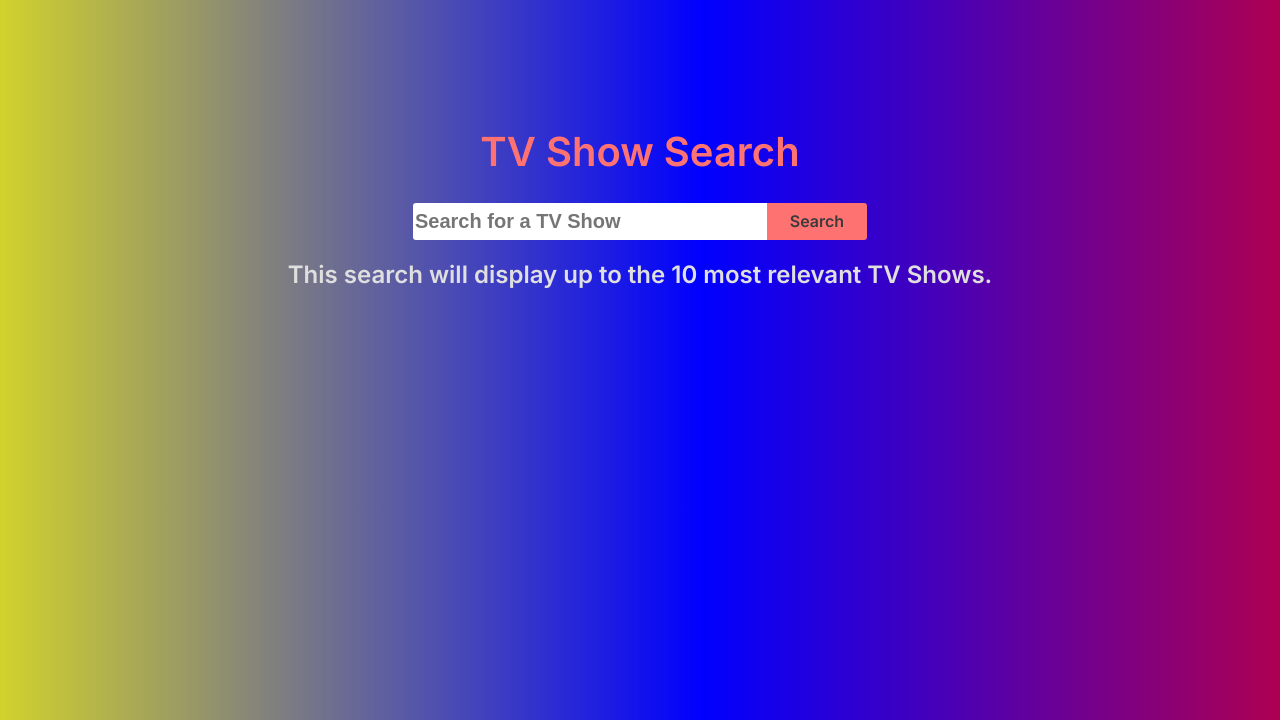
Repository: shayanabedi98/tv-search-react
Page: /
These files come from the project's save history. The page is drawn as it stood at one moment and after the next save; the edit follows.
The browser window is 1280 px wide. The pictures show the whole page.
The project was rebuilt for these pictures with package versions that can differ from the ones it lists, and the page was loaded fresh each time. Also part of the build but not shown: vite.config.js.

Above is the page before, as saved 2024-01-09 15:32:33.

### index.html
<!doctype html>
<html lang="en">
  <head>
    <meta charset="UTF-8" />
    <link rel="icon" type="image/svg+xml" href="https://www.svgrepo.com/show/503669/tv.svg" />
    <meta name="viewport" content="width=device-width, initial-scale=1.0" />
    <title>TV Show Search | React</title>
  </head>
  <body>
    <div id="root"></div>
    <script type="module" src="/src/main.jsx"></script>
  </body>
</html>

### src/App.jsx
import { useState } from "react";
import { v4 as uuid } from "uuid";
import List from "./List";
import Search from "./Search";

function App() {
  const [input, setInput] = useState();
  const [showList, setShowList] = useState([]);

  const fetchShow = async () => {
    try {
      if (input) {
        const response = await fetch(
          `https://api.tvmaze.com/search/shows?q=${input}`
        );
        const responseJson = await response.json();
        let newList = [];
        for (let i = 0; i < responseJson.length; i++) {
          if (responseJson[i].show.image) {
            newList.push({
              id: uuid(),
              name: responseJson[i].show.name,
              img: responseJson[i].show.image.medium,
              genres: responseJson[i].show.genres.join(', '),
              language: responseJson[i].show.language,
              rating: responseJson[i].show.rating.average,
            });
          }
        }
        setShowList(newList);
        console.log(responseJson);
      }
    } catch (err) {
      return err;
    }
  };

  const handleChange = (e) => {
    setInput(e.target.value);
  };

  return (
    <div className="bg">
      <Search fetchShow={fetchShow} input={input} handleChange={handleChange} />
      <List showList={showList} />
    </div>
  );
}

export default App;

### src/index.css
@import url('https://fonts.googleapis.com/css2?family=Inter:wght@600&display=swap');

@keyframes move-bg {
  0% { background-position: 0% 50%; }
  100% { background-position: -100% 50%; }
}

body {
  font-family: 'Inter', sans-serif;
  margin: 0;
  padding: 0;
  color: rgb(223, 223, 223);
  width: 100%;
  background: linear-gradient(to right, blue, red, yellow, blue); /* Loop back to the start color */
  background-size: 200% 100%;
  animation: move-bg 10s linear infinite;
}

.search {
  margin: 100px auto 100px auto;
  text-align: center;
  width: 950px;
  display: grid;
  place-items: center;
}

.search-bar {
  display: flex;
  place-items: center;
}

.search h1 {
  font-size: 40px;
  color: rgb(255, 114, 114);
}

.search input {
  border: none;
  height: 35px;
  width: 350px;
  font-size: 20px;
  outline: none;
  color: rgb(104, 104, 104);
  font-weight: 700;
  border-radius: 3px 0 0 3px;
}

.search input:focus {
  outline: 2px grey solid;
}

.search input:focus + button {
  outline: 2px grey solid;
}

.search button {
  height: 37px;
  padding: 1px 2px;
  width: 100px;
  font-family: 'Inter', sans-serif;
  border: none;
  background-color: rgb(255, 114, 114);
  color: rgb(59, 59, 59);;
  font-size: 16px;
  border-radius: 0 3px 3px 0;
  cursor: pointer;
}

.list {
  width: 1100px;
  margin: 100px auto;
  display: grid;
  place-items: center;
  grid-template-columns: repeat(3, 1fr);
}

.card {
  background-color: rgb(29, 29, 29);
  text-align: center;
  width: 290px;
  height: 500px;
  padding: 20px;
  display: grid;
  place-items: center;
  margin: 50px auto;
  border-radius: 5px;
  box-shadow: rgba(0, 0, 0, 0.3) 0px 2px 8px 0px;
  cursor: pointer;
  transition: 0.5s;
}

.card:hover {
  transform: scale(1.05);
}

@media (max-width: 1150px) {

  .search {
    width: 100%;
  }

  .list {
    grid-template-columns: 1fr 1fr;
    width: 100%;
  }
}

@media (max-width: 700px) {

  .search h2 {
    width: 90%;
  }

  .list {
    grid-template-columns: 1fr;
  }
}

@media (max-width: 500px) {

  .search input {
    height: 28px;
    width: 90%;
  }
  .search button {
    height: 30px;
    width: 100px;
  }
}

@media (max-width: 400px) {
  .card {
    width: 250px;
    height: 440px;
  }

  .card img {
    width: 70%;
  }
}

### src/List.jsx
import React from "react";

const List = ({ showList }) => {
  return (
    <div className="list-container">
      <div className="list">
        {showList.length > 0 &&
          showList.map((show) => {
            return (
              <div className="card" key={show.id}>
                <h2>{show.name}</h2>
                <img src={show.img} alt={`cover photo of ${show.name}`} />
                <p>
                  <span>Language: </span>
                  {show.language}
                </p>
                  {show.genres}
                <p>
                  {show.rating ? `Rating: ${show.rating}⭐` : "Rating: N/A"}
                </p>
              </div>
            );
          })}
      </div>
    </div>
  );
};

export default List;

### src/Search.jsx
import React from "react";

const Search = ({ fetchShow, input, handleChange }) => {
  return (
    <div className="search">
        <h1>TV Show Search</h1>
      <div className="search-bar">
        <input
          type="text"
          onKeyDown={(e) => e.key === "Enter" && fetchShow()}
          onChange={handleChange}
          value={input}
          placeholder="Search for a TV Show"
        />
        <button onClick={fetchShow}>Search</button>
      </div>
      <h2>This search will display up to the 10 most relevant TV Shows.</h2>
    </div>
  );
};

export default Search;

Loaded but not shown: src/main.jsx (common file)

After the next save:
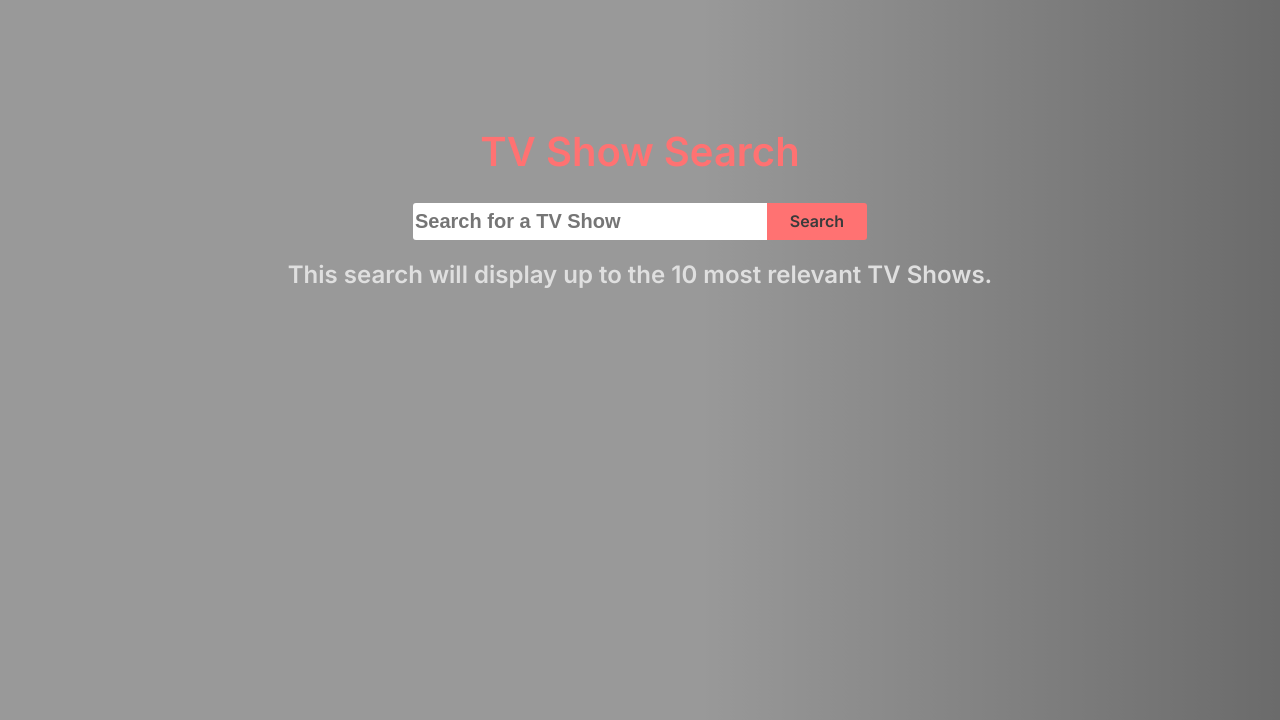
Saved 36 s later.
--- a/src/index.css
+++ b/src/index.css
@@ -11,8 +11,8 @@ body {
   padding: 0;
   color: rgb(223, 223, 223);
   width: 100%;
-  background: linear-gradient(to right, blue, red, yellow, blue); /* Loop back to the start color */
-  background-size: 200% 100%;
+  background: linear-gradient(to right, rgb(153, 153, 153), rgb(85, 85, 85), rgb(153, 153, 153), rgb(153, 153, 153));
+  background-size: 200% 200%;
   animation: move-bg 10s linear infinite;
 }
 
